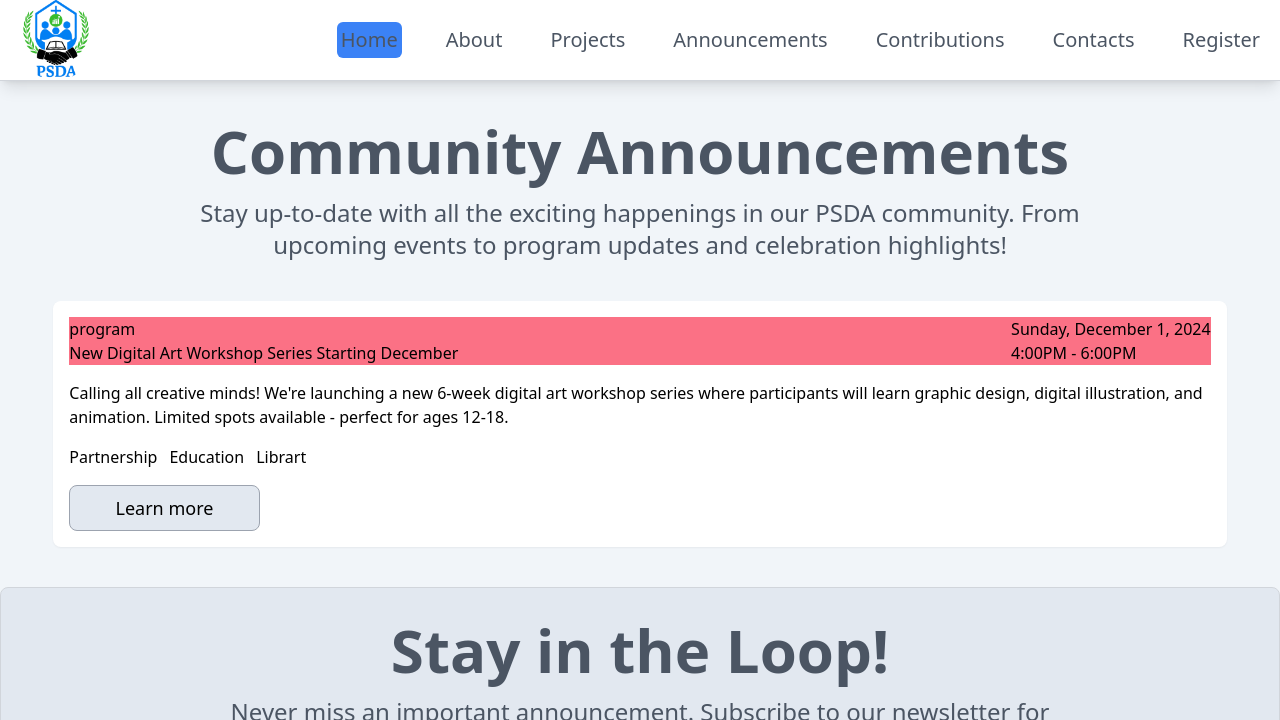
Repository: Zedestar/psda
Page: /announcements
The author's editor kept a copy of each file at every save. The page is drawn from the files as they stood at one save, then again after the next save.
The browser window is 1280 px wide. The pictures show the whole page.
An inner scrolling area shows only its first screen. The project was rebuilt for these pictures with package versions that can differ from the ones it lists, and the page was loaded fresh each time. Also part of the build but not shown: src/components/cards/primary-card.jsx, src/components/cards/two-lines-card.jsx, src/components/homepic/index.jsx, src/pages/home/what-we-do.js, src/pages/home/home.jsx, src/components/cards/leaders-card.jsx, src/components/cards/secondary-card.jsx, src/pages/about/about-us-data.js and 13 more.

Above is the page before, as saved 2025-07-21 19:13:58.

After the next save:
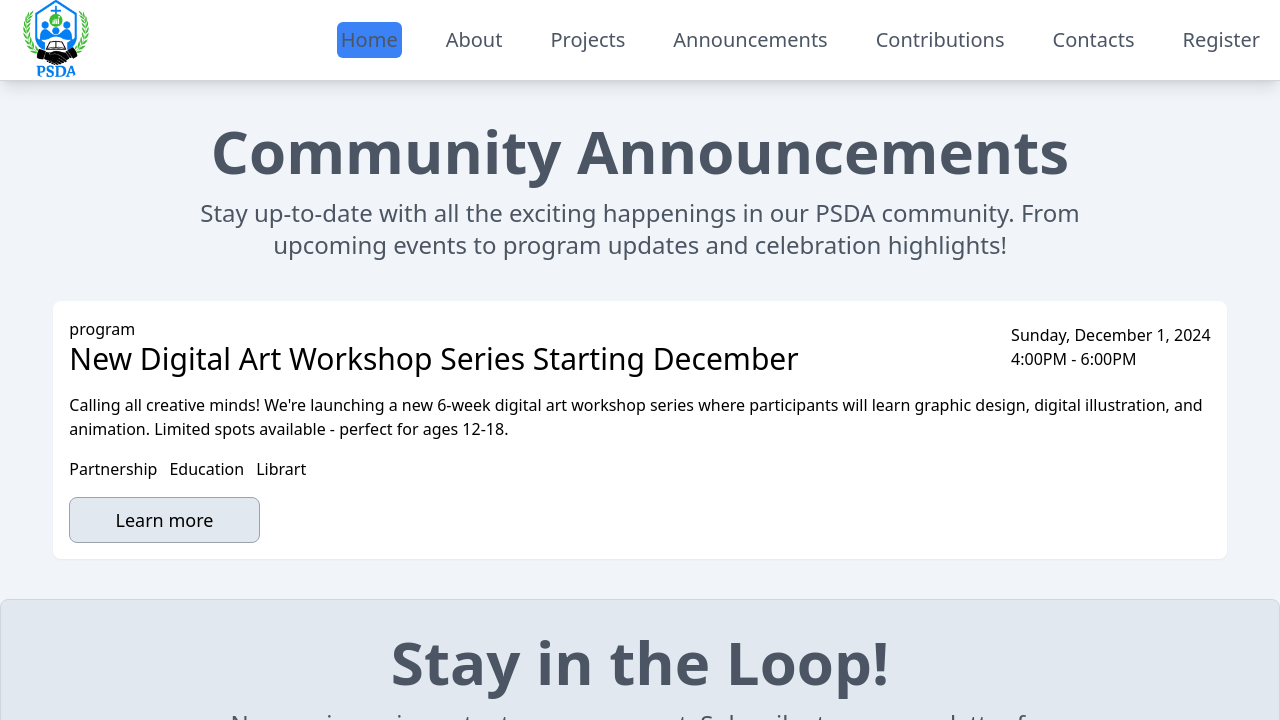
Saved 50 s later.
--- a/src/components/cards/announcement-card.jsx
+++ b/src/components/cards/announcement-card.jsx
@@ -1,10 +1,12 @@
 function AnnouncementCard() {
   return (
     <div className="flex flex-col bg-white mx-4 p-4 rounded-lg shadow-sm hover:shadow-lg hover:scale-105 transition w-11/12 space-y-4">
-      <div className="flex items-center justify-between space-x-2 bg-rose-400 ">
+      <div className="flex items-center justify-between space-x-2  ">
         <div>
           <p>program</p>
-          <p>New Digital Art Workshop Series Starting December</p>
+          <p className="text-3xl">
+            New Digital Art Workshop Series Starting December
+          </p>
         </div>
         <div>
           <p>Sunday, December 1, 2024</p>
